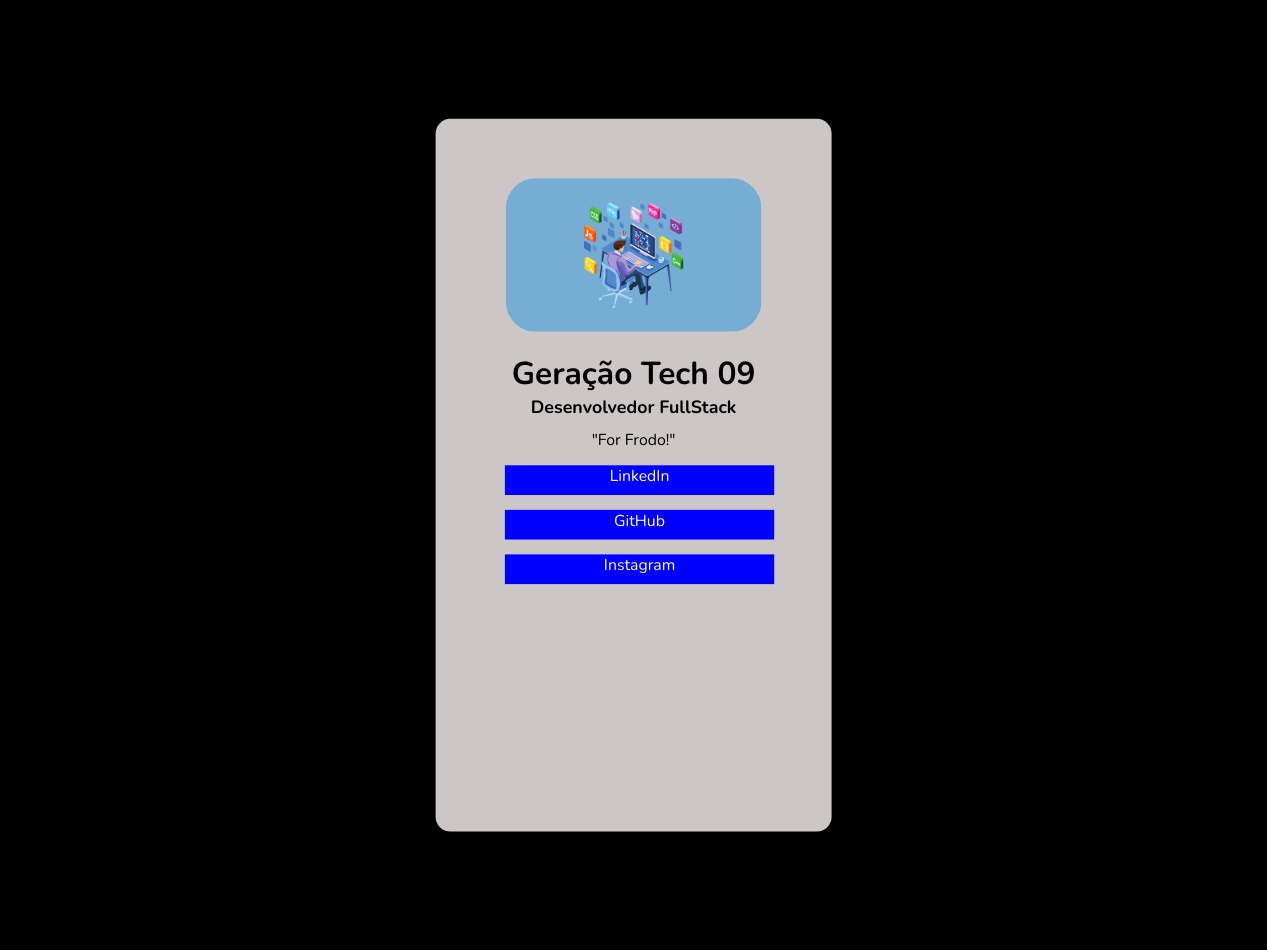
Repository: medeirosregis/linktree-gt09
Page: index.html
The author's editor kept a copy of each file at every save. The page is drawn from the files as they stood at one save, then again after a run of saves.
The browser window is 1280 px wide. The pictures show the whole page, at 99% of full size.

Above is the page before, as saved 2025-04-11 10:09:10.

After the next 3 saves:
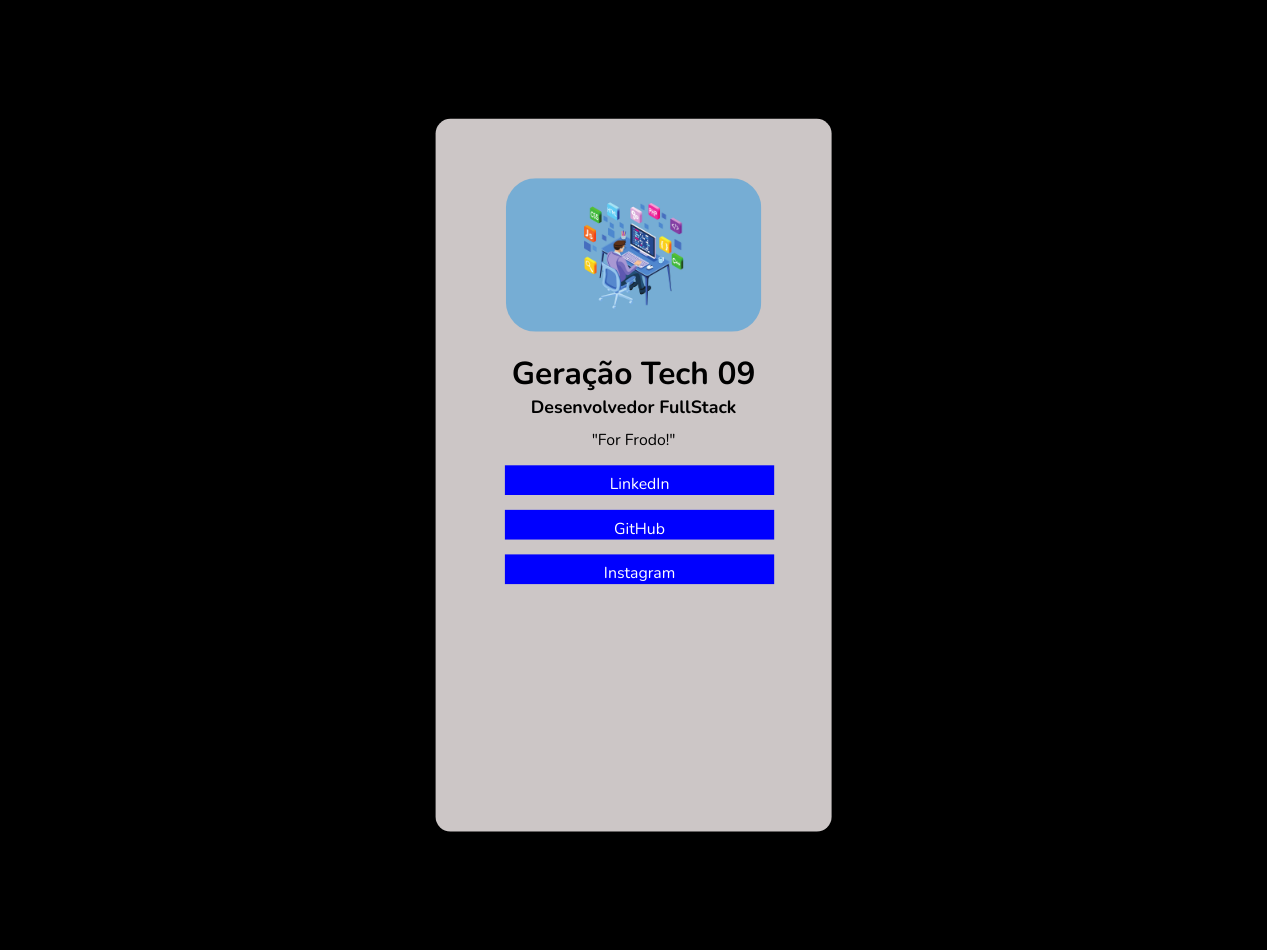
The 3 saves are shown as one change because they came seconds apart.
The last was saved 26 s later.
--- a/style.css
+++ b/style.css
@@ -52,5 +52,5 @@
     height: 30px;
     background-color: blue;
     margin: 15px 0;
-    padding: ;
+    padding: 8px 0;
 }

After the save that followed:
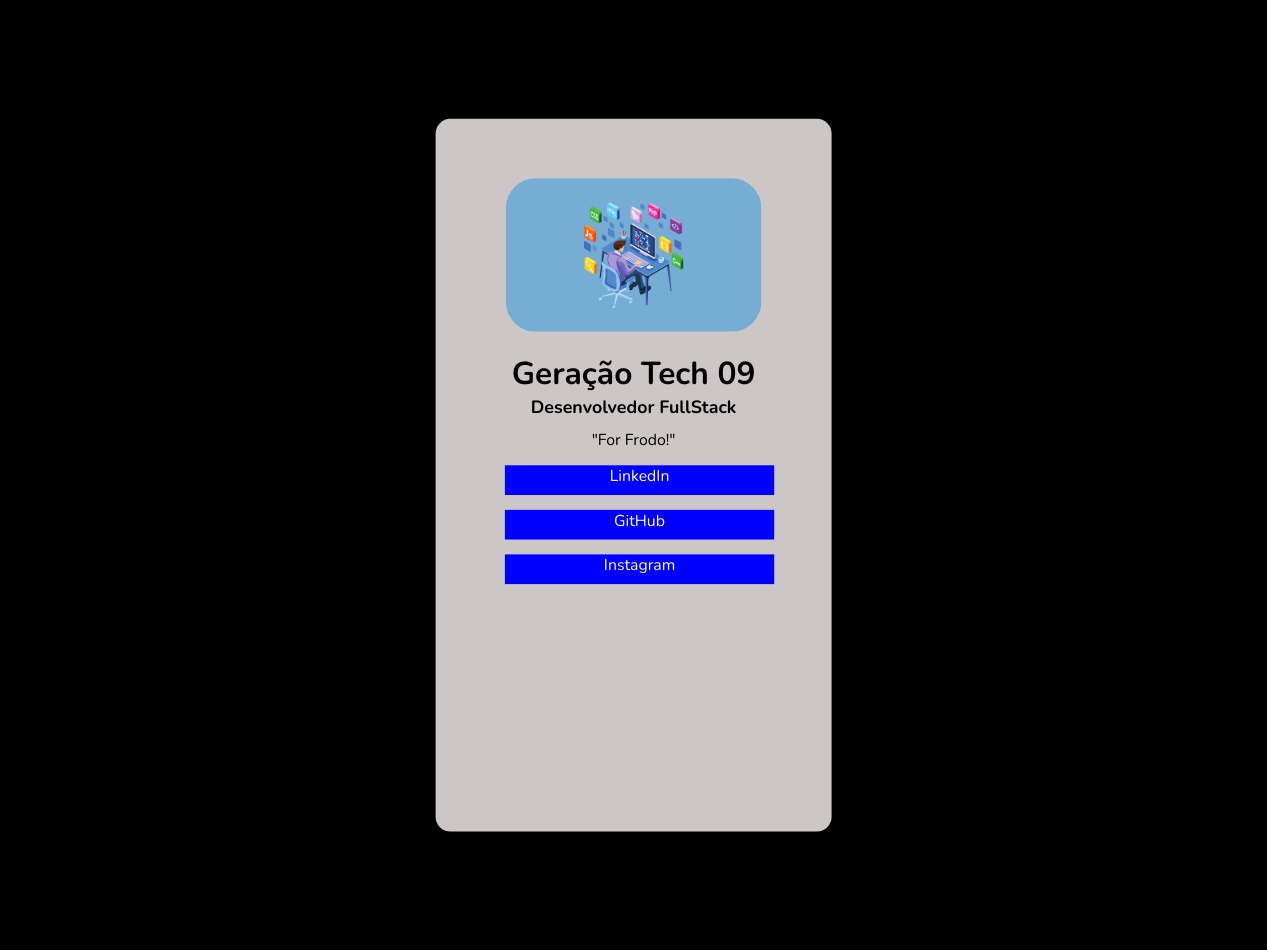
Saved 6 s later.
--- a/style.css
+++ b/style.css
@@ -52,5 +52,5 @@
     height: 30px;
     background-color: blue;
     margin: 15px 0;
-    padding: 8px 0;
+    padding: ;
 }
